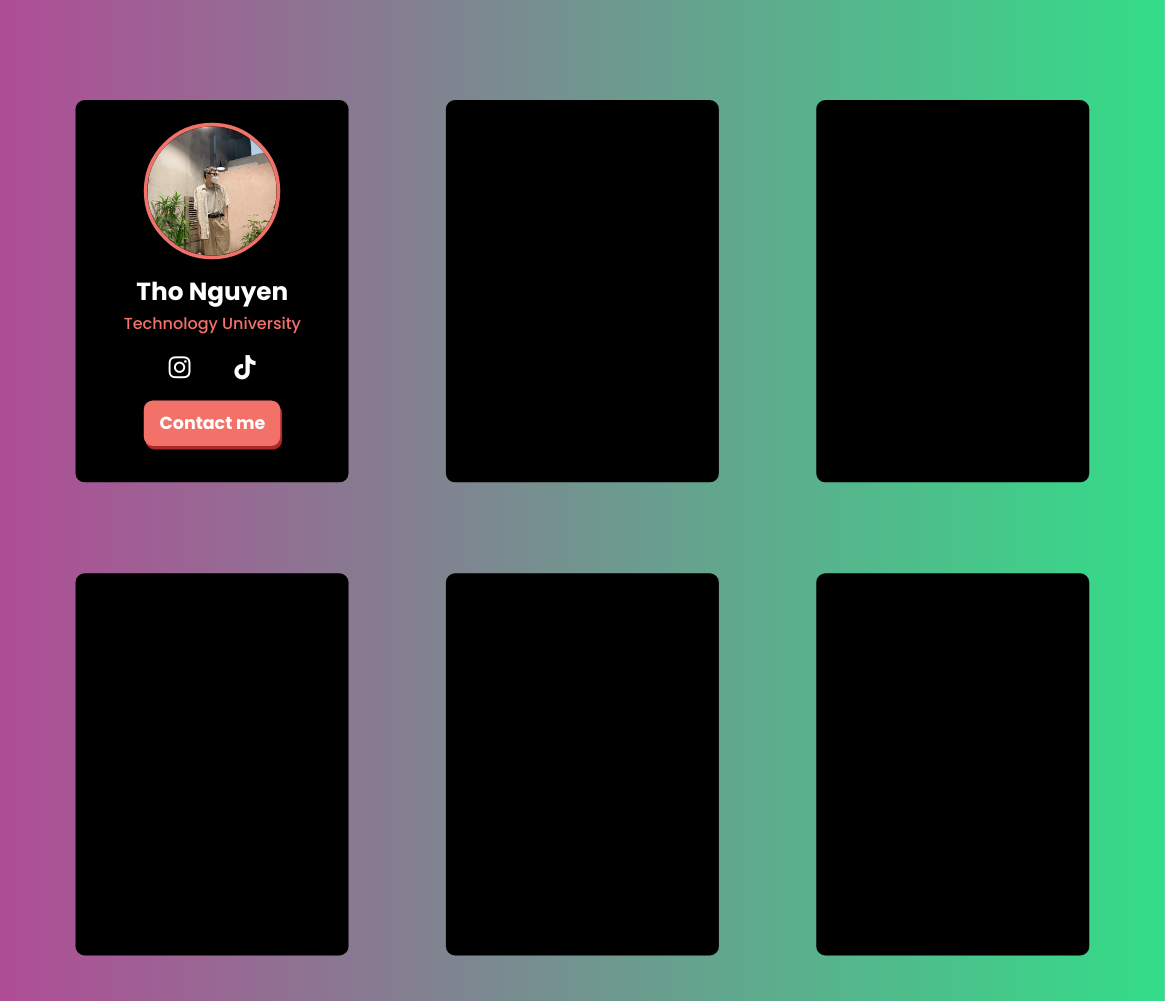
Repository: lausamtuong/profileCard
Page: index.html
These files come from the project's save history. The page is drawn as it stood at one moment and after the next save; the edit follows.
The browser window is 1280 px wide. The pictures show the whole page, at 91% of full size.
The style sheet was rebuilt from its Sass, Less or Tailwind sources for each picture, by a compiler version that may differ from the author's.

Above is the page before, as saved 2021-12-14 18:02:56.

### index.html
<!DOCTYPE html>
<html lang="en">
<head>
    <meta charset="UTF-8">
    <meta http-equiv="X-UA-Compatible" content="IE=edge">
    <meta name="viewport" content="width=device-width, initial-scale=1.0">
    <link rel="stylesheet" href="style.css">
    <link href="https://fonts.googleapis.com/css2?family=Lato:ital,wght@1,700;1,900&family=Poppins:wght@400;500;700&display=swap" rel="stylesheet">
    <link href='https://unpkg.com/boxicons@2.1.1/css/boxicons.min.css' rel='stylesheet'>

    <title>Document</title>
</head>
<body>
    <div class="card__list">
        <div class="card__item">
            <div class="card__image">
                <img src="tho.jpg" alt="">
            </div>
            <div class="card__name">Tho Nguyen</div>
            <div class="card__school">Technology University</div>
            <div class="card__social">
                <a href="https://www.facebook.com/profile.php?id=100013469562736"></a>

                <i class='bx bxl-instagram' ></i>
                <i class='bx bxl-tiktok'></i>
            </div>
            <div class="card__btn">Contact me</div>
        </div>
        <div class="card__item"></div>
        <div class="card__item"></div>
        <div class="card__item"></div>
        <div class="card__item"></div>
        <div class="card__item"></div>

    </div>
</body>
</html>

### style.scss
*{
    margin: 0;
    padding: 0;
    box-sizing: border-box;
}
html{
    font-family: 'Poppins', sans-serif;
}
:root {
    --pink-color: #f2726a;
  }
body{
    height: 100vh;
    background-image: linear-gradient(to right, #af4d96, #3d8);
}
.card{
    &__list{
        margin: 120px auto;
      display: flex;
      flex-wrap: wrap;
      justify-content: space-around;
      margin: 60px 30px;
    }
    &__item{
        width:300px;
        height:420px;
        background-color: #000;
        margin: 50px 20px;
        border-radius: 10px;
    }
    &__image{
        width: 150px;
        height: 150px;
        overflow: hidden;
        transition: 0.25s;
        margin: 0 auto;
        transform: translateY(25px);
        border-radius: 50%;
        border: 4px solid var(--pink-color);
        cursor: pointer;
        &:hover{
            width: 100%;
            height: 100%;
            border-radius: unset;
            border: unset;
            transform: unset;
             }
        }
      &__name{
          color:#fff;
          font-weight: 700;
          font-size: 1.7rem;
          text-align: center;
          margin-top: 40px;
      }
      &__school{
          font-weight: 500;
          font-size: 1.1rem;
          text-align: center;
          color:var(--pink-color)
      }
      &__social{
          color:#fff;
          font-size: 2rem;
          display:flex;
          justify-content: center;
          margin:20px;
          i{
              margin: 0 20px;
          }
      }
      &__btn{
          width:150px;
          height: 50px;

          background-color:var(--pink-color);
          border-radius: 10px;
          margin:0 auto;
          margin-top: 20px;
          font-weight: 700;
          font-size: 1.2rem;
          text-align: center;
            padding-top:10px;
            color:#fff;
            box-shadow: 2px 4px 0 0 rgb(172, 41, 41);
            cursor:pointer;
      }
    }
img{
        width: 100%;
        height: 100%;
        object-fit: cover;
        object-position: center;
    }

After the next save:
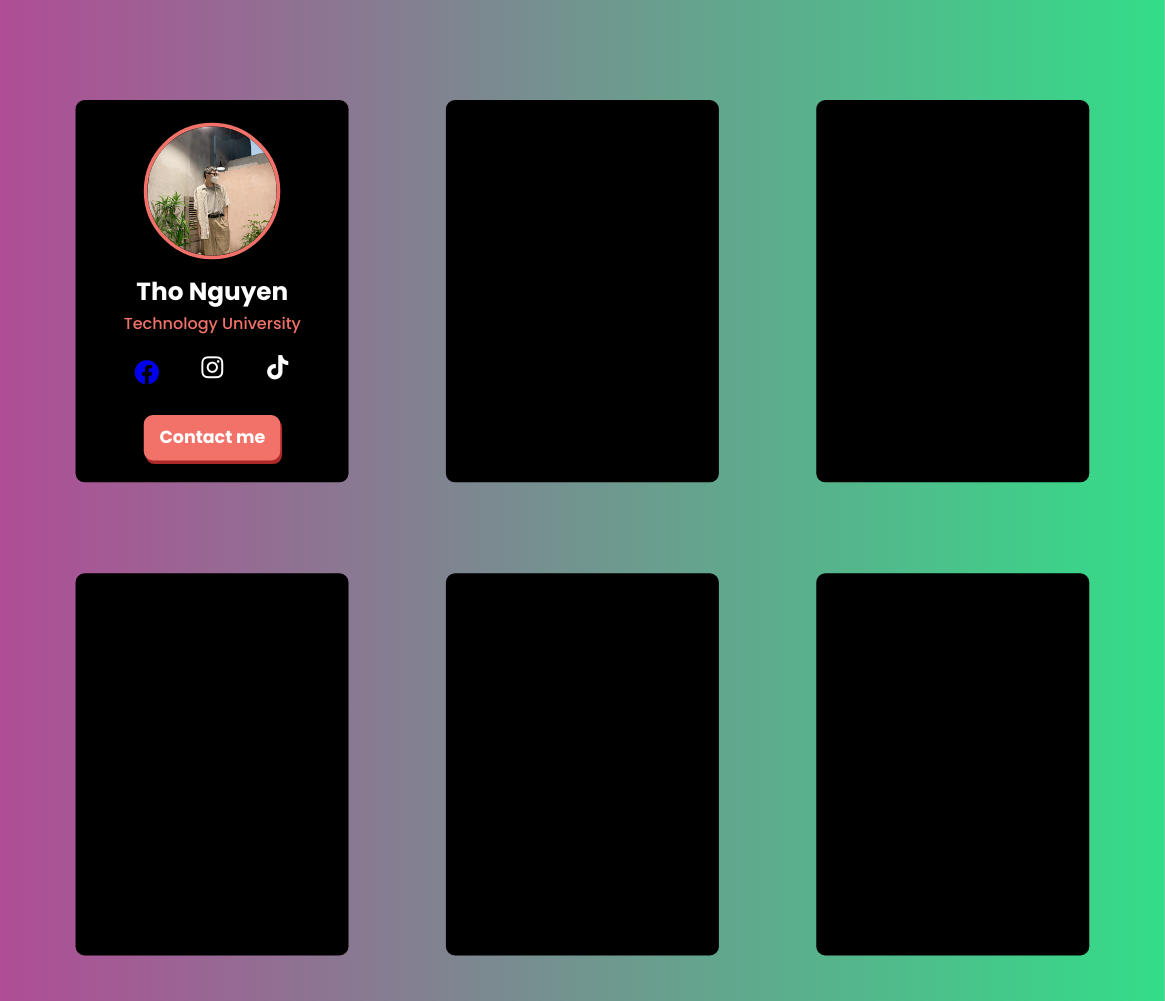
Saved 7 s later.
--- a/index.html
+++ b/index.html
@@ -19,7 +19,9 @@
             <div class="card__name">Tho Nguyen</div>
             <div class="card__school">Technology University</div>
             <div class="card__social">
-                <a href="https://www.facebook.com/profile.php?id=100013469562736"></a>
+                <a href="https://www.facebook.com/profile.php?id=100013469562736">
+                    <i class='bx bxl-facebook-circle'></i>
+                </a>
 
                 <i class='bx bxl-instagram' ></i>
                 <i class='bx bxl-tiktok'></i>
